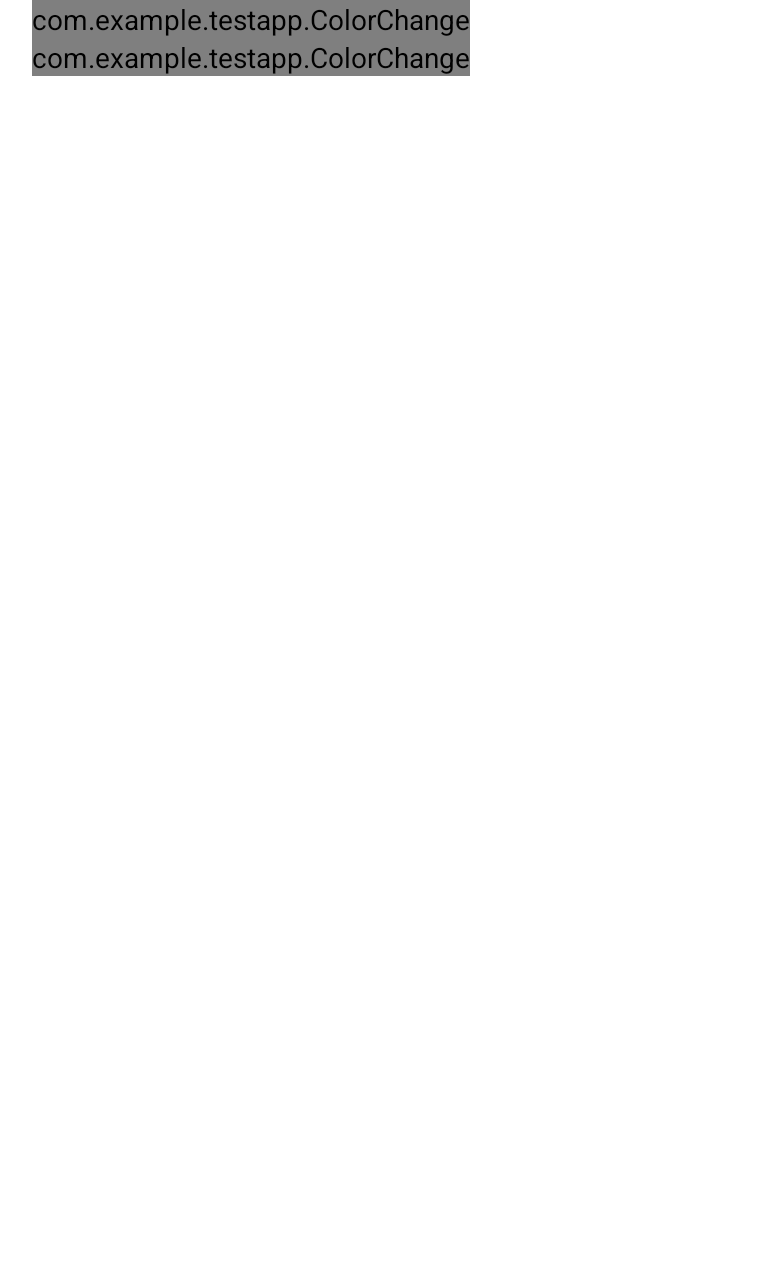
Repository: nick92/ConkyLive
Layout: testApp/res/layout/activity_main.xml
These files come from the project's save history. The layout is drawn as it stood at one moment and after the next save; the edit follows.
Pictures or frames that could not be fetched are drawn as grey boxes. It is drawn on a 768 x 1280 px phone screen (xhdpi) without system bars, with theme AppTheme; the app's code is not run.

Above is the layout before, as saved 2013-05-15 14:00:55.

After the next save:
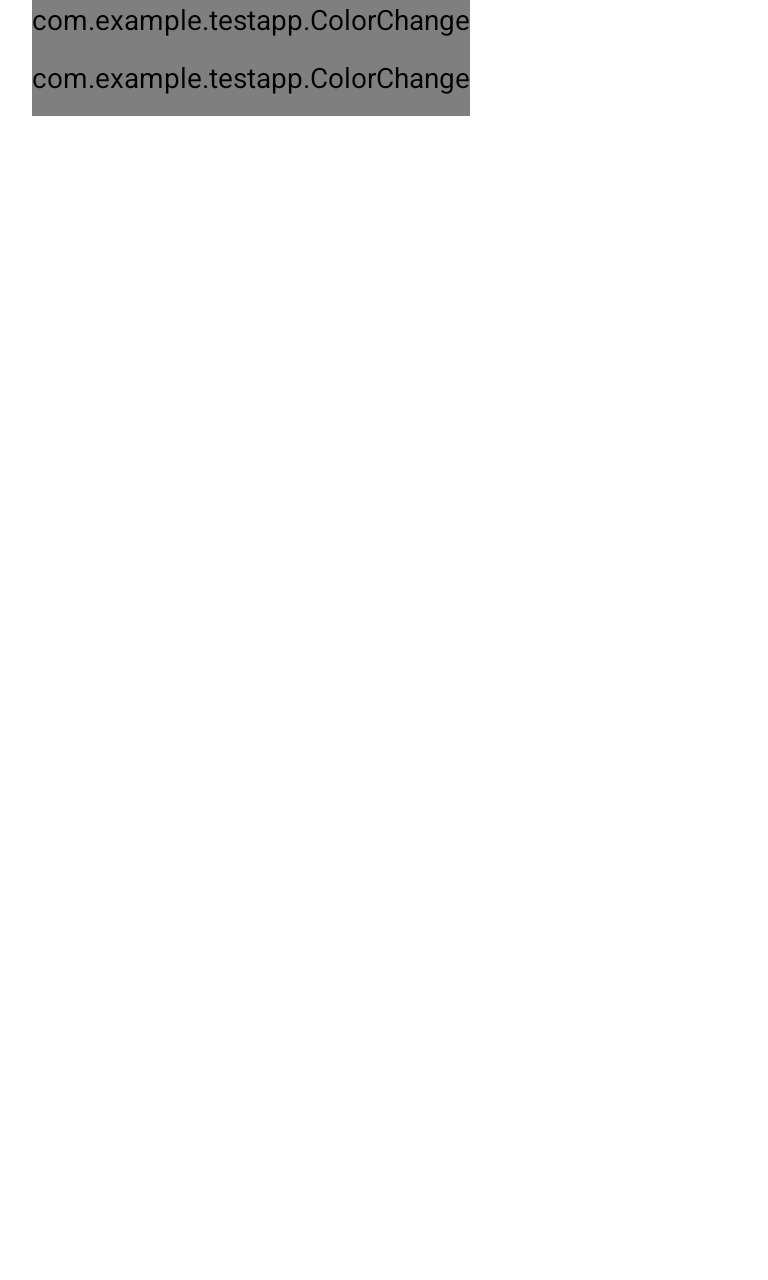
Saved 44 s later.
--- a/testApp/res/layout/activity_main.xml
+++ b/testApp/res/layout/activity_main.xml
@@ -13,6 +13,7 @@
         android:id="@+id/view2"
         android:layout_width="wrap_content"
 	    android:layout_height="wrap_content"
+	    android:paddingBottom="10dp"
         android:onClick="onClicked"
         option:titleText="Foreground Color"
         option:valueColor="#591e6e" />
@@ -21,6 +22,7 @@
         android:id="@+id/view1"
         android:layout_width="wrap_content"
 	    android:layout_height="wrap_content"
+	    android:paddingBottom="10dp"
 	    android:onClick="onClicked"
         option:titleText="Background Color"
         option:valueColor="#FFA4C639" />
